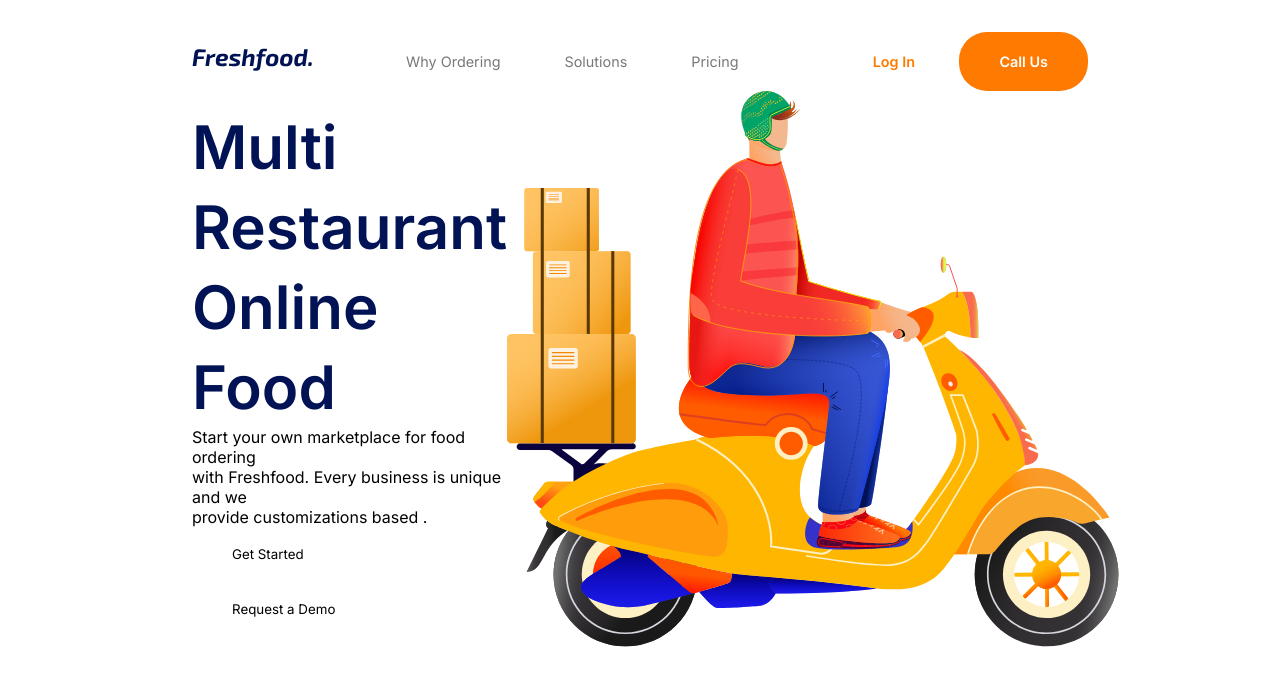
Repository: badhon252/FreshFood
Page: index.html
These files come from the project's save history. The page is drawn as it stood at one moment and after the next save; the edit follows.
The browser window is 1280 px wide. The pictures show the whole page.
The style sheet was rebuilt from its Sass, Less or Tailwind sources for each picture, by a compiler version that may differ from the author's.

Above is the page before, as saved 2022-09-06 00:25:47.

After the next save:
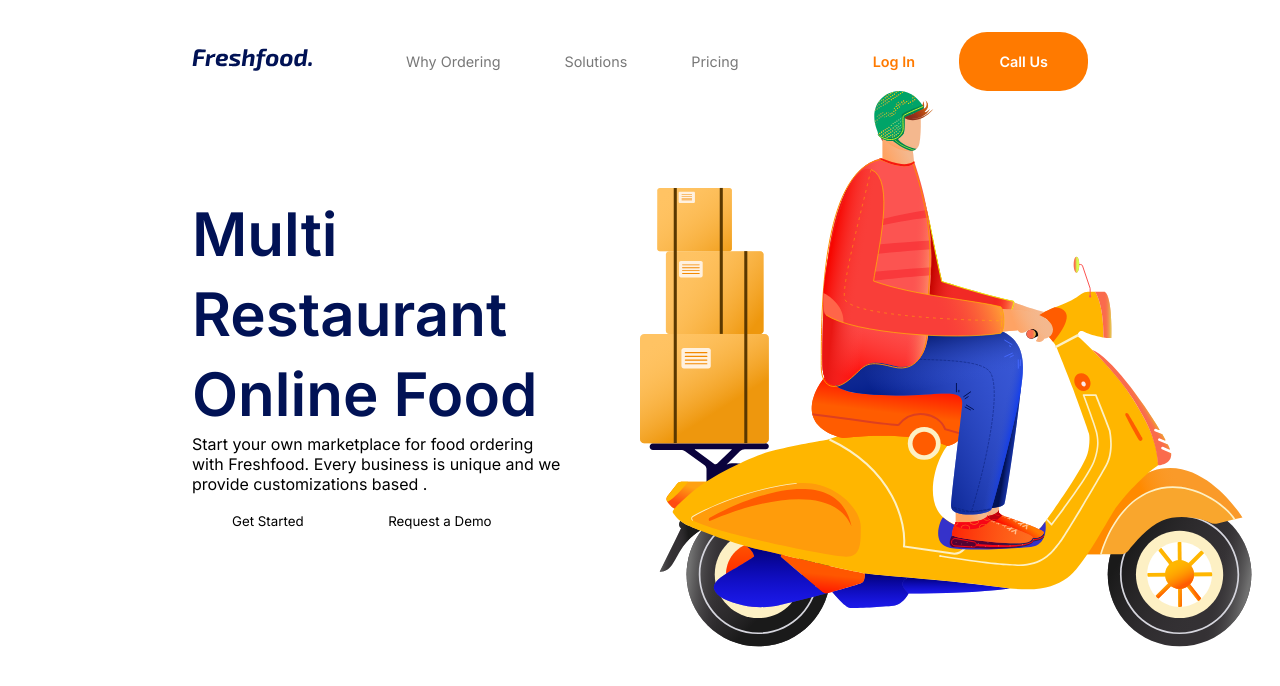
Saved 5 s later.
--- a/scss/style.scss
+++ b/scss/style.scss
@@ -20,10 +20,10 @@
   display: flex;
   justify-content: space-between;
   align-items: center;
-  //   max-width: 100%;
-  //   .col-md-6 {
-  //     max-width: 50%;
-  //   }
+  max-width: 100%;
+  .col-md-6 {
+    max-width: 50%;
+  }
 }
 
 h1 {
